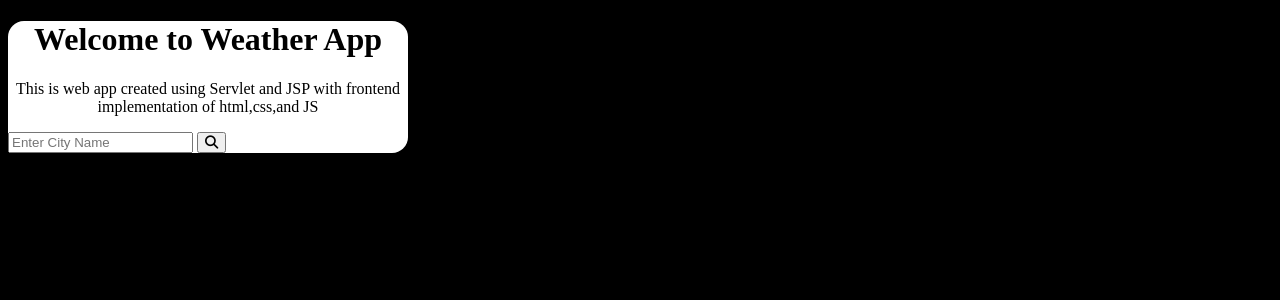
Repository: krv9/projects
Page: http://localhost/WeatherApp/
The author's editor kept a copy of each file at every save. The page is drawn from the files as they stood at one save, then again after the next save.
The browser window is 1280 px wide. The pictures show the whole page.
The page is served by Tomcat 10. Other server files are loaded and not shown.

Above is the page before, as saved 2024-09-24 13:21:14.

### WeatherApp/src/main/webapp/index.html
<!DOCTYPE html>
<html>
<head>
 <meta charset="UTF-8">
    <meta http-equiv="X-UA-Compatible" content="IE=edge">
    <meta name="viewport" content="width=device-width, initial-scale=1.0">
    <title>Weather App</title>
    <link rel="stylesheet" href="https://cdnjs.cloudflare.com/ajax/libs/font-awesome/6.4.0/css/all.min.css" />
    <link rel="stylesheet" href="Style.css" />

</head>
<body>
<div class="container">
   		<h1 id="font">Welcome to Weather App</h1>
   		<p id="font">This is web app created using Servlet and JSP with frontend implementation of html,css,and JS</p>
        <form action="myservlet" method="post" class="searchInput">
            <input type="text" placeholder="Enter City Name" id="searchInput" name="city"/>
            <button id="searchButton"><i class="fa-solid fa-magnifying-glass"></i></button>
      </form>
 </div>

</body>
</html>

### WeatherApp/src/main/webapp/Style.css
@charset "UTF-8";
body{
	background:black;
}
.container{
	 width: 25rem;
  height: auto;
  border-radius: 1rem;
  background: #fff;
  box-shadow: 0 14px 28px rgba(0,0,0,0.25),
			0 10px 10px rgba(0,0,0,0.22);
}
#font{
	color:black;
	align-items: center;
  justify-content: center;
  text-align:center;
}

After the next save:
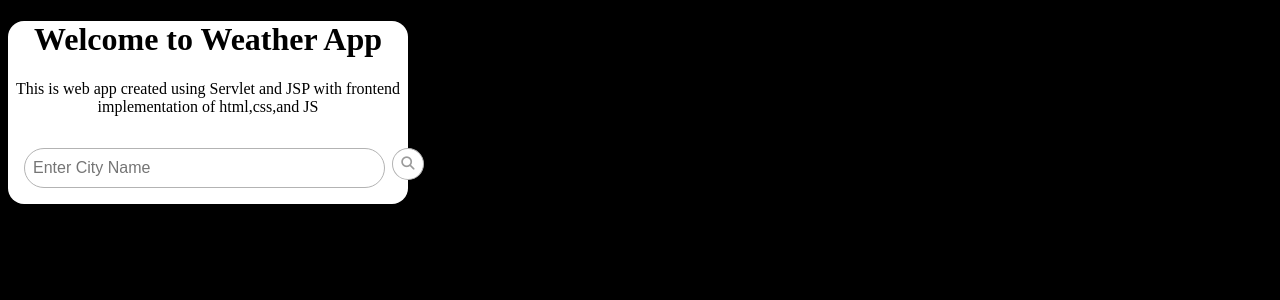
Saved 33 s later.
--- a/WeatherApp/src/main/webapp/Style.css
+++ b/WeatherApp/src/main/webapp/Style.css
@@ -16,3 +16,43 @@
   justify-content: center;
   text-align:center;
 }
+
+.searchInput {
+  width: 100%;
+  display: flex;
+  padding: 1rem 1rem;
+  justify-content: center;
+}
+
+.searchInput input {
+  width: 100%;
+  height: 2rem;
+  outline: none;
+  font-size: 1rem;
+  color: #525050;
+  padding: 0.2rem 0.5rem;
+  border-radius: 1.5rem;
+  border: 1px solid #b3b3b3;
+}
+
+.searchInput input:focus {
+  border: 1px solid #9c9dde;
+}
+
+.searchInput button {
+  width: 2.2rem;
+  height: 2rem;
+  cursor: pointer;
+  color: #9b9b9b;
+  border-radius: 50%;
+  margin-left: 0.4rem;
+  transition: all 0.3s ease;
+  background-color: #fff;
+  border: 1px solid #b3b3b3;
+}
+
+.searchInput button:hover {
+  color: #fff;
+  background-color: #9c9dde;
+  border: 1px solid #9c9dde;
+}
